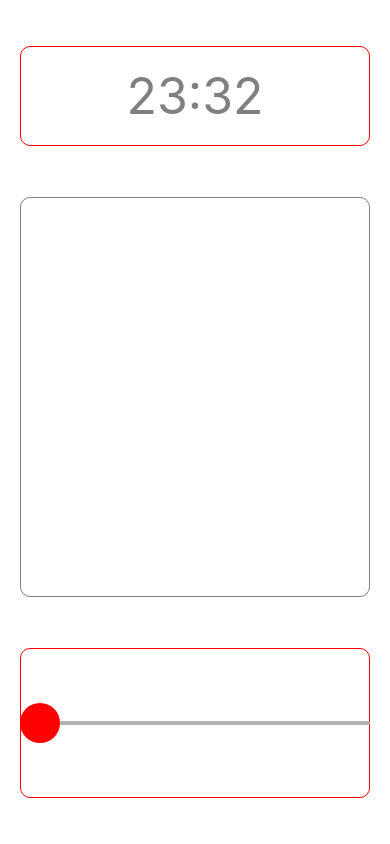
Repository: sonnke/imageResizer
Screen: /
The author's editor kept a copy of each file at every save. The screen is drawn from the files as they stood at one save, then again after the next save.
The app was drawn by React Native's web renderer in a window 390 px wide. The project was rebuilt for these pictures with package versions that can differ from the ones it lists, and the page was loaded fresh each time.

Above is the screen before, as saved 2020-02-02 18:32:32.

### App.tsx
import React, { useState } from 'react';
import { StyleSheet, Text, View } from 'react-native';
import { Slider } from 'react-native-elements';
import styled from 'styled-components/native';

const MainContainer = styled.View`
  flex: 1;
  flex-direction: column;
  align-items: center;
  justify-content: space-around;
  padding: 20px;
`;

const StopWatch = styled.View`
  width: 100%;
  height: 100px;
  border-width: 1px;
  border-color: red;
  border-radius: 10px;
  justify-content: center;
  align-items: center;
`;

const ImageContainer = styled.View`
  width: 100%;
  height: 400px;
  border-width: 1px;
  border-color: grey;
  border-radius: 10px;
  justify-content: center;
  align-items: center;
`;

const SliderContainer = styled.View`
  width: 100%;
  height: 150px;
  border-width: 1px;
  border-color: red;
  border-radius: 10px;
  justify-content: center;
  align-items: center;
`;

const StopWatchText = styled.Text`
  font-size: 50px;
  color: grey;
`;

export default function App() {
  const [sliderNum, setSliderNum] = useState<number>(0);

  return (
    <MainContainer>
      <StopWatch>
        <StopWatchText>23:32</StopWatchText>
      </StopWatch>
      <ImageContainer></ImageContainer>
      <SliderContainer>
        <Slider
          value={sliderNum}
          onValueChange={value => setSliderNum(value)}
          maximumValue={100}
          animateTransitions={true}
          minimumTrackTintColor={"#808080"}
          trackStyle={{
            // backgroundColor: "#808080",
            width: 350
          }}
        />
      </SliderContainer>
    </MainContainer>
  );
}

After the next save:
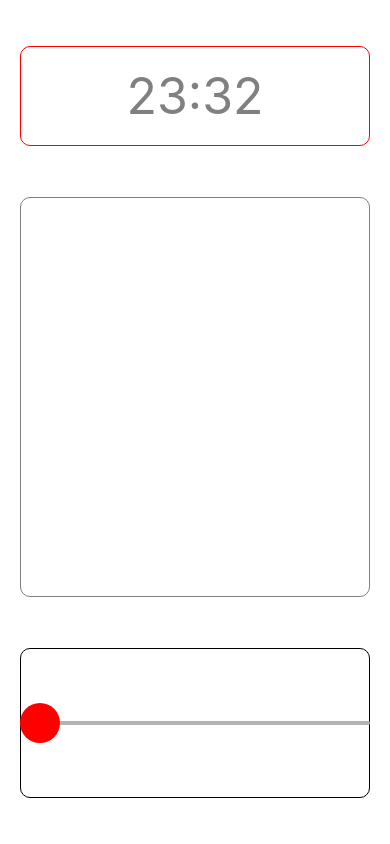
Saved 13 s later.
--- a/App.tsx
+++ b/App.tsx
@@ -35,7 +35,7 @@ const SliderContainer = styled.View`
   width: 100%;
   height: 150px;
   border-width: 1px;
-  border-color: red;
+  /* border-color: red; */
   border-radius: 10px;
   justify-content: center;
   align-items: center;
